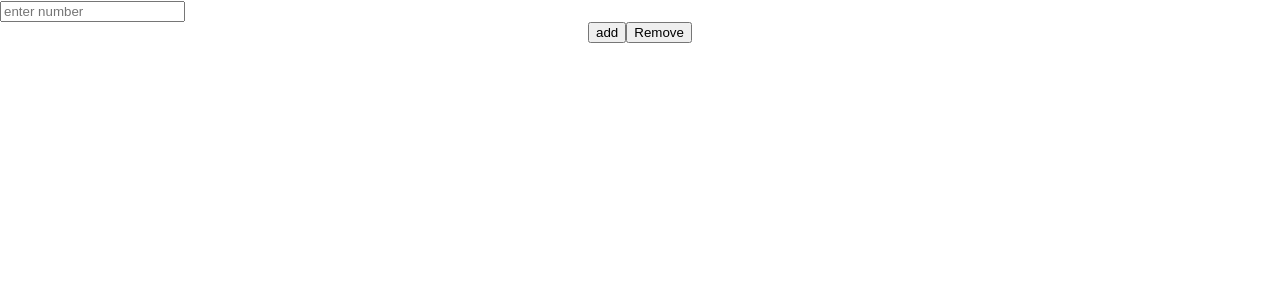
Repository: Anuruddha00/counter-app
Page: /
The author's editor kept a copy of each file at every save. The page is drawn from the files as they stood at one save, then again after the next save.
The browser window is 1280 px wide. The pictures show the whole page.
The project was rebuilt for these pictures with package versions that can differ from the ones it lists, and the page was loaded fresh each time.

Above is the page before, as saved 2021-07-07 22:20:50.

After the next save:
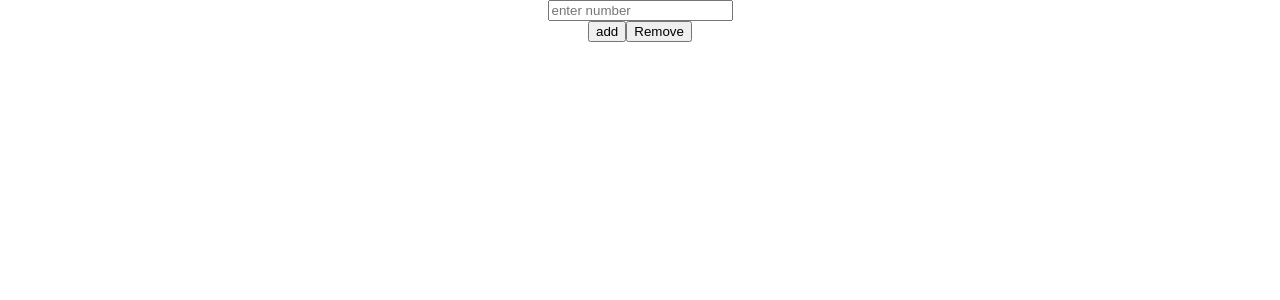
Saved 38 s later.
--- a/src/App.js
+++ b/src/App.js
@@ -14,7 +14,9 @@ function App() {
 
   return (
     <div>
-      <Count count={inputHandler}/>
+      <div style={{display:'flex' , justifyContent:'center'}}>
+        <Count count={inputHandler}/>
+      </div>
       <div style={{display:'flex' , justifyContent:'center'}}>
         <Increase num={number} increase={setNumber}/>
         <Decrease num={number} decrease={setNumber}/>
